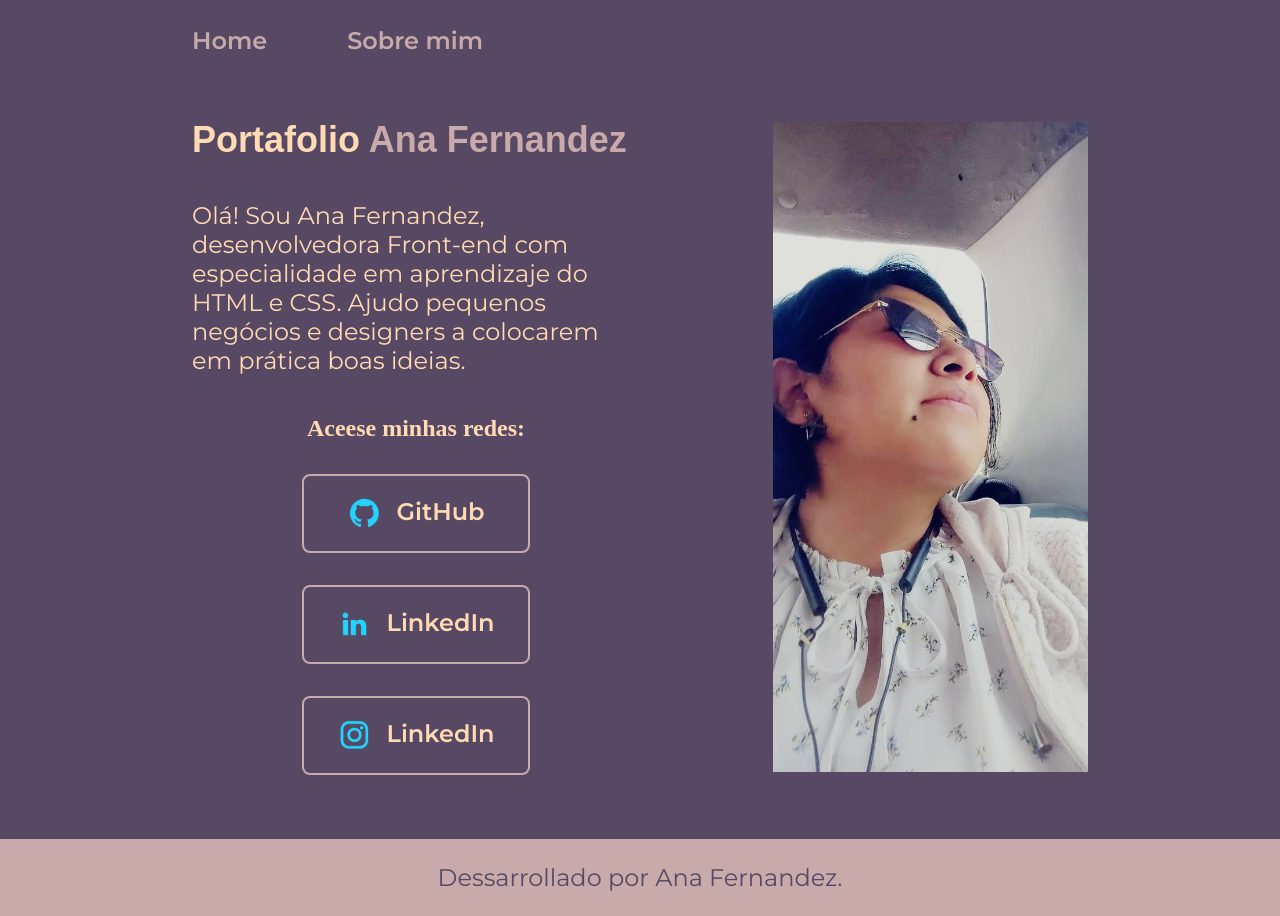
Repository: AnaFzCz/Portifolio-HTML-CSS-dinamico
Page: index.html
The author's editor kept a copy of each file at every save. The page is drawn from the files as they stood at one save, then again after the next save.
The browser window is 1280 px wide. The pictures show the whole page.
Some web fonts or font styles are not loaded; a fallback is used.

Above is the page before, as saved 2025-02-11 10:33:09.

### index.html
<!DOCTYPE html>
<html lang="pt-br">

<head>
    <meta charset="UTF-8">
    <meta http-equiv="X-UA-Compatible" content="IE=edge">
    <meta name="viewport" content="width=device-width, initial-scale=1.0">
    <title>Portifolio</title>
    <link rel="stylesheet" href="./styles/style.css">
</head>


<body>
    <header class="cabecalho">
        <nav class="cabecalho__menu">
            <a class="cabecalho__menu__link" href="index.html">Home</a>
            <a class="cabecalho__menu__link" href="about.html">Sobre mim</a>
        </nav>
    </header>
    <main class="apresentacao">
        <section class="apresentacao__conteudo">
            <h1 class="apresentacao__conteudo__titulo">Portafolio<strong
                    class="titulo-destaque"> Ana Fernandez
                </strong></h1>
            <p class="apresentacao__conteudo__texto">Olá! Sou Ana Fernandez, desenvolvedora
                Front-end com especialidade em aprendizaje do HTML e
                CSS. Ajudo pequenos negócios e designers a
                colocarem em prática boas ideias. </p>
            <div class="apresentacao__links">
                <h2 class="apresentacao__links_subtitulo">Aceese minhas redes:</h2>
                <a class="apresentacao__links__navegation" href="https://github.com/AnaFzCz">
                    <img src="/assets/github.png">
                    GitHub</a>
                <a class="apresentacao__links__navegation" href="https://linkdIn.com/in/ana-fernandez-cruz-238787124">
                    <img src="/assets/linkedin.png">
                    LinkedIn</a>
                <a class="apresentacao__links__navegation" href="https://instagram.com/anafzcz">
                    <img src="/assets/instagram.png">
                    LinkedIn</a>

            </div>

        </section>
        <img src="/assets/Imagen-Ana.jpg" alt="Foto da Joana Santos programando" height="650" >
    </main>
    <footer class="rodape">
        <p>
            Dessarrollado por Ana Fernandez.
        </p>
    </footer>
</body>

</html>

### styles/style.css
@import url('https://fonts.googleapis.com/css2?family=Krona+One&family=Montserrat:wght@400;600&display=swap');

:root {
    --cor-primaria: #574964;
    --cor-secundaria: #FFDAB3;
    --cor-terciaria: #C8AAAA;
    --cor-hover: #9F8383;
    --font-primaria: 'Krona One', sans-serif;
    --font-secundaria: 'Montserrat', sans-serif;

}

* {
    margin: 0;
    padding: 0;
}

body {
    /* height: 100vh; */
    box-sizing: border-box;
    background-color: var(--cor-primaria);
    color: var(--cor-secundaria);
}

.titulo-destaque {
    color: var(--cor-terciaria);
}

.cabecalho {
    background-color: var(--cor-primaria);
    padding: 2% 0% 0% 15%;

}

.cabecalho__menu {
    display: flex;
    gap: 80px;
    /* justify-content: center;
    align-items: center; */
}

.cabecalho__menu__link {
    font-size: 1.5rem;
    font-family: var(--font-secundaria);
    color: var(--cor-terciaria);
    font-weight: 600;
    text-decoration: none;
}



/* .cabecalho__menu__link:hover {
    color: #007bff;
}



.cabecalho__menu__link {
    padding: 10px 15px;
} */

.apresentacao {
    padding: 5% 15%;
    display: flex;
    align-items: center;
    justify-content: space-between;
}

.apresentacao__conteudo {
    width: 50%;
    display: flex;
    flex-direction: column;
    gap: 40px;
}

.apresentacao__conteudo__titulo {
    font-size: 2.25rem;
    font-family: var(--font-primaria);
}

.apresentacao__conteudo__texto {
    font-size: 1.5rem;
    font-family: var(--font-secundaria);
}

.apresentacao__links {
    display: flex;
    flex-direction: column;
    justify-content: space-between;
    align-items: center;
    gap: 32px;
}

.apresentacao__links__subtitulo {
    font-family: 'Krona One', sans-serif;
    font-weight: 400;
    font-size: 1.5rem;
}

.apresentacao__links__navegation {
    /* background-color: #22D4FD; */
    display: flex;
    justify-content: center;
    gap: 16px;
    border: 2px solid var(--cor-terciaria);
    width: 50%;
    text-align: center;
    border-radius: 8px;
    font-size: 1.5rem;
    font-weight: 600;
    padding: 21.5px 0;
    text-decoration: none;
    color: var(--cor-secundaria);
    font-family: var(--font-secundaria);
}

.apresentacao__links__link:hover {
    cursor: pointer;
    background-color: var(--cor-hover);
    /* border: 2px solid #0000FF; */
}

ul {
    list-style: disc;
}


.apresentacao__imgem{
    width: 50%;
    border-radius: 5%;
}

.rodape {
    padding: 24px;
    color: var(--cor-primaria);
    background-color: var(--cor-terciaria);
    text-align: center;
    font-family: var(--font-secundaria);
    font-size: 1.5rem;
    font-weight: 400;
}

After the next save:
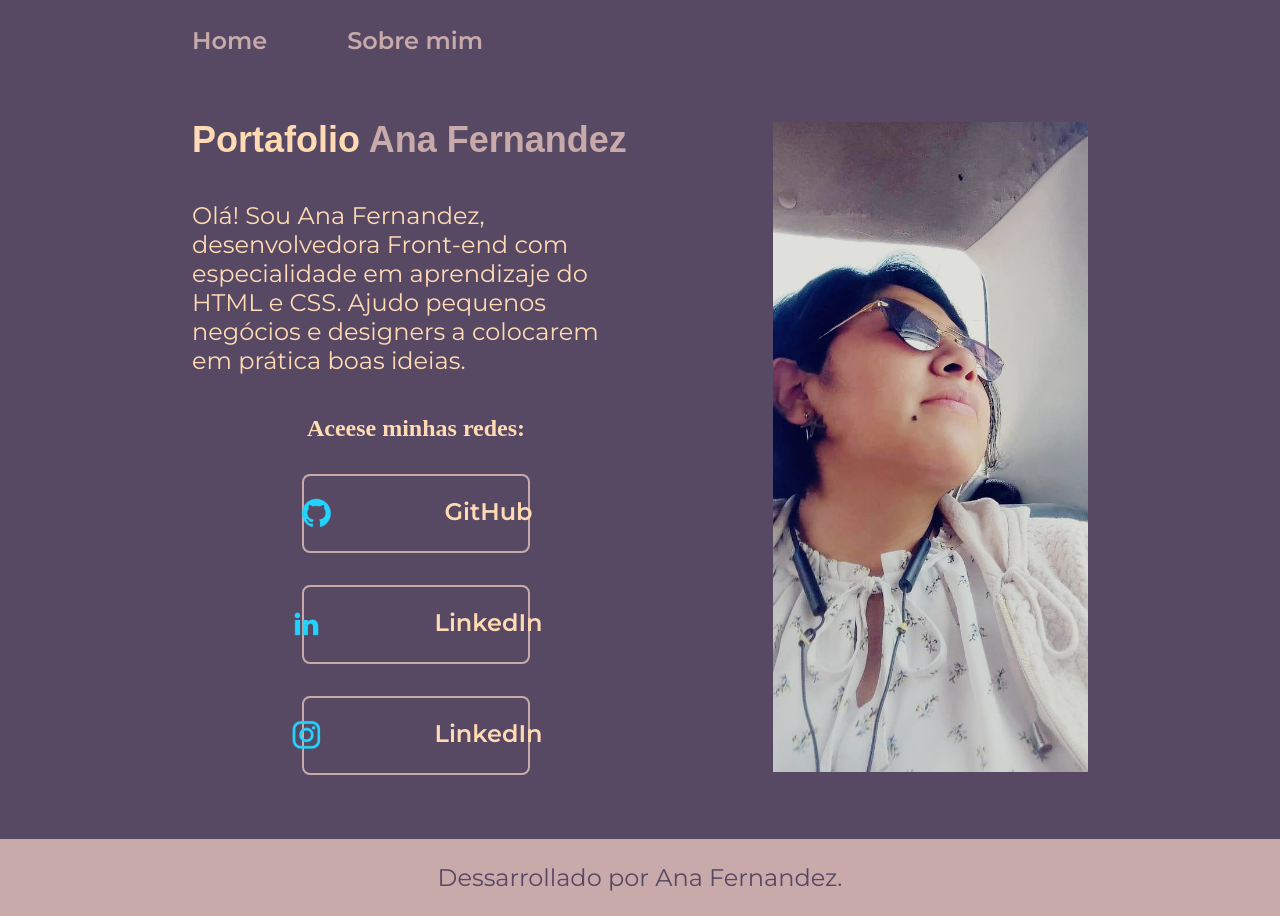
Saved 67 s later.
--- a/styles/style.css
+++ b/styles/style.css
@@ -101,7 +101,8 @@
     /* background-color: #22D4FD; */
     display: flex;
     justify-content: center;
-    gap: 16px;
+    /* gap: 16px; */
+    gap: 50%;
     border: 2px solid var(--cor-terciaria);
     width: 50%;
     text-align: center;
